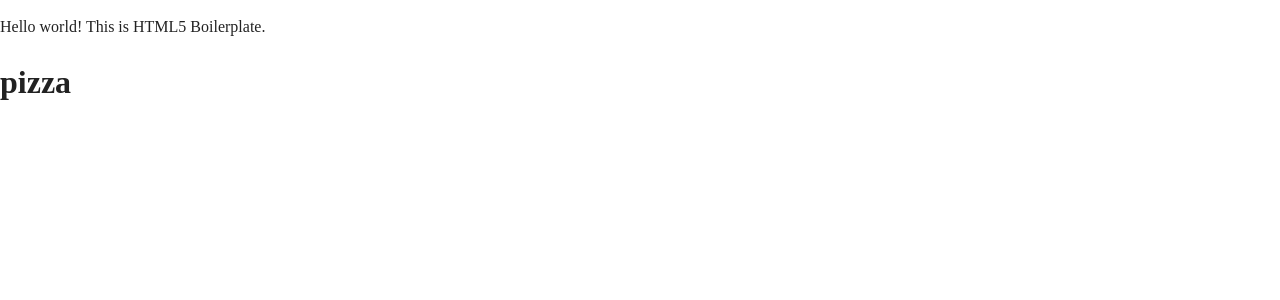
Repository: sierralaurent/MDIA2003-LAB03
Page: LAB03/index.html
An editor plug-in stored every save of this project. The page is shown before and after the next save, followed by the edit.
The browser window is 1280 px wide. The pictures show the whole page.

Above is the page before, as saved 2023-01-16 17:03:07.

After the next save:
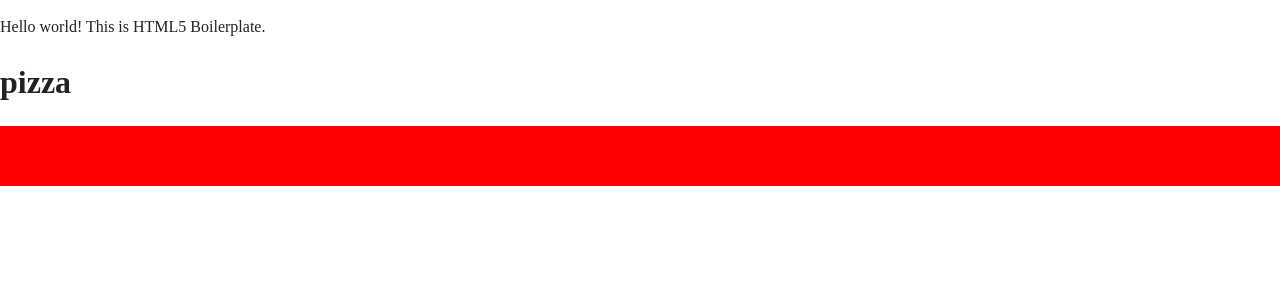
Saved 16 h 12 min later.
--- a/LAB03/index.html
+++ b/LAB03/index.html
@@ -21,7 +21,11 @@
 
   <meta name="theme-color" content="#fafafa">
 </head>
-
+<style>
+  div {
+    border: 10px, solid, red;
+  }
+</style>
 <body>
 
   <!-- Add your site or application content here -->
@@ -30,6 +34,13 @@
   <script src="js/vendor/modernizr-3.11.2.min.js"></script>
   <script src="js/plugins.js"></script>
   <script src="js/main.js"></script>
+  <div>
+    <div>
+      <div>
+
+      </div>
+    </div>
+  </div>
 
   <!-- Google Analytics: change UA-XXXXX-Y to be your site's ID. -->
   <script>
